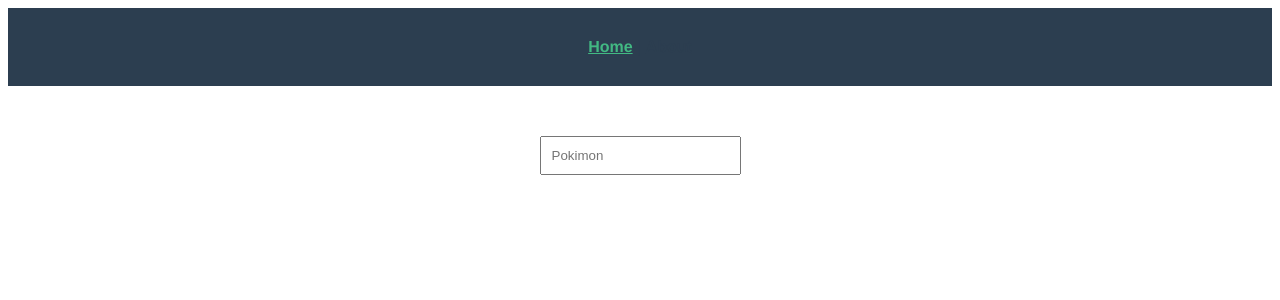
Repository: arif286/PokeDex-website
Page: /
An editor plug-in stored every save of this project. The page is shown before and after the next save, followed by the edit.
The browser window is 1280 px wide. The pictures show the whole page.
The page's requests for data from a server got no answer. The project was rebuilt for these pictures with package versions that can differ from the ones it lists, and the page was loaded fresh each time. No one was signed in, and anything a server would have sent is missing.

Above is the page before, as saved 2021-06-03 11:46:48.

### src/App.vue
<template>
  <div id="nav">
    <router-link to="/">Home</router-link> |
    <router-link to="/about">About</router-link>
  </div>
  <router-view/>
</template>

<style>
#app {
  font-family: Avenir, Helvetica, Arial, sans-serif;
  -webkit-font-smoothing: antialiased;
  -moz-osx-font-smoothing: grayscale;
  text-align: center;
  color: #2c3e50;
}

#nav {
  padding: 30px;
  background-color: #2c3e50;
}

#nav a {
  font-weight: bold;
  color: #2c3e50;
}

#nav a.router-link-exact-active {
  color: #42b983;
}
</style>

### src/views/Home.vue
<template>
  <div class="home">
    <input @keyup="update" type="text" :placeholder="serach" />
  </div>
  <div>
    <div v-for="(pokimon, index) in pokimons" :key="index">
      <img src="http://pokeres.bastionbot.org/images/pokemon/1.png" alt="" />
      <h1>{{ pokimon.name }}</h1>
    </div>
  </div>
</template>

<script>
import axios from "axios";

export default {
  name: "Home",
  // components: {
  //   HelloWorld
  // }
  data() {
    return {
      serach: "Pokimon",
      pokimons: null,
    };
  },
  methods: {
    update(e) {
      {
        console.log("name", e.target.value);
        fetch(`https://pokeapi.co/api/v2/pokemon/${e.target.value}?limit=150`)
          .then((res) => res.json())
          .then((data) => console.log(data));
      }
    },
  },
  created() {
    axios.get(`https://pokeapi.co/api/v2/pokemon/?limit=30`).then((res) => {
      this.pokimons = res.data.results;
      console.log(this.pokimons);
    });
  },
};
</script>
<style scoped>
.home input {
  margin-top: 50px;
  padding: 10px;
}
</style>

Loaded but not shown: public/index.html (common file); src/main.js (common file); src/router/index.js (common file)

After the next save:
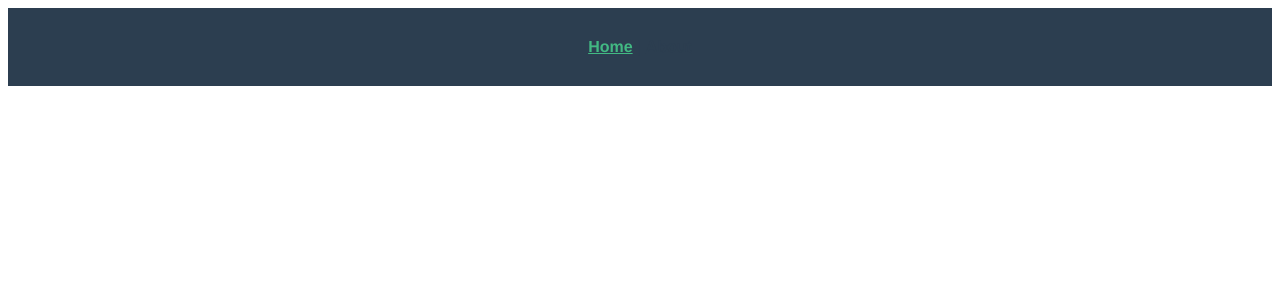
Console error: ReferenceError: index is not defined
Saved 3 min 6 s later.
--- a/src/views/Home.vue
+++ b/src/views/Home.vue
@@ -4,7 +4,7 @@
   </div>
   <div>
     <div v-for="(pokimon, index) in pokimons" :key="index">
-      <img src="http://pokeres.bastionbot.org/images/pokemon/1.png" alt="" />
+      <img :src="image" alt="" />
       <h1>{{ pokimon.name }}</h1>
     </div>
   </div>
@@ -22,6 +22,7 @@
     return {
       serach: "Pokimon",
       pokimons: null,
+      image: `http://pokeres.bastionbot.org/images/pokemon/${index}.png`,
     };
   },
   methods: {

After the 3 saves that followed:
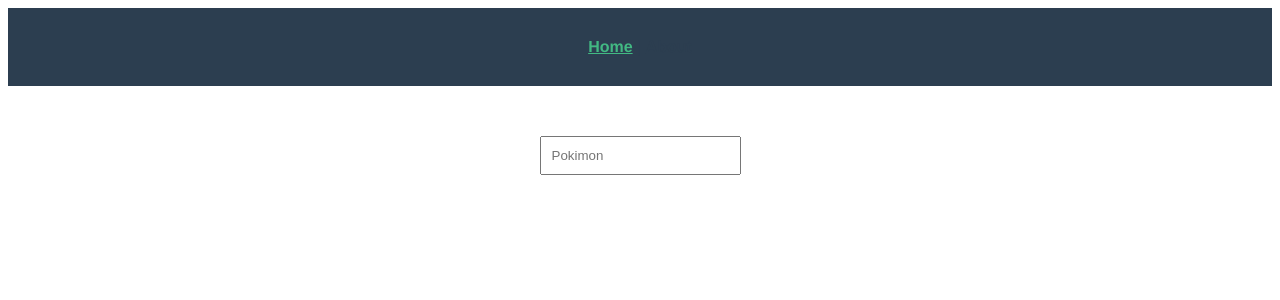
The error is gone.
The 3 saves are shown as one change because 2 left the picture as it was.
The last was saved 8 min 41 s later.
--- a/src/views/Home.vue
+++ b/src/views/Home.vue
@@ -4,7 +4,8 @@
   </div>
   <div>
     <div v-for="(pokimon, index) in pokimons" :key="index">
-      <img :src="image" alt="" />
+      <!-- <img src={{http://pokeres.bastionbot.org/images/pokemon/${index.png}}}
+      alt="" /> -->
       <h1>{{ pokimon.name }}</h1>
     </div>
   </div>
@@ -22,7 +23,6 @@
     return {
       serach: "Pokimon",
       pokimons: null,
-      image: `http://pokeres.bastionbot.org/images/pokemon/${index}.png`,
     };
   },
   methods: {
